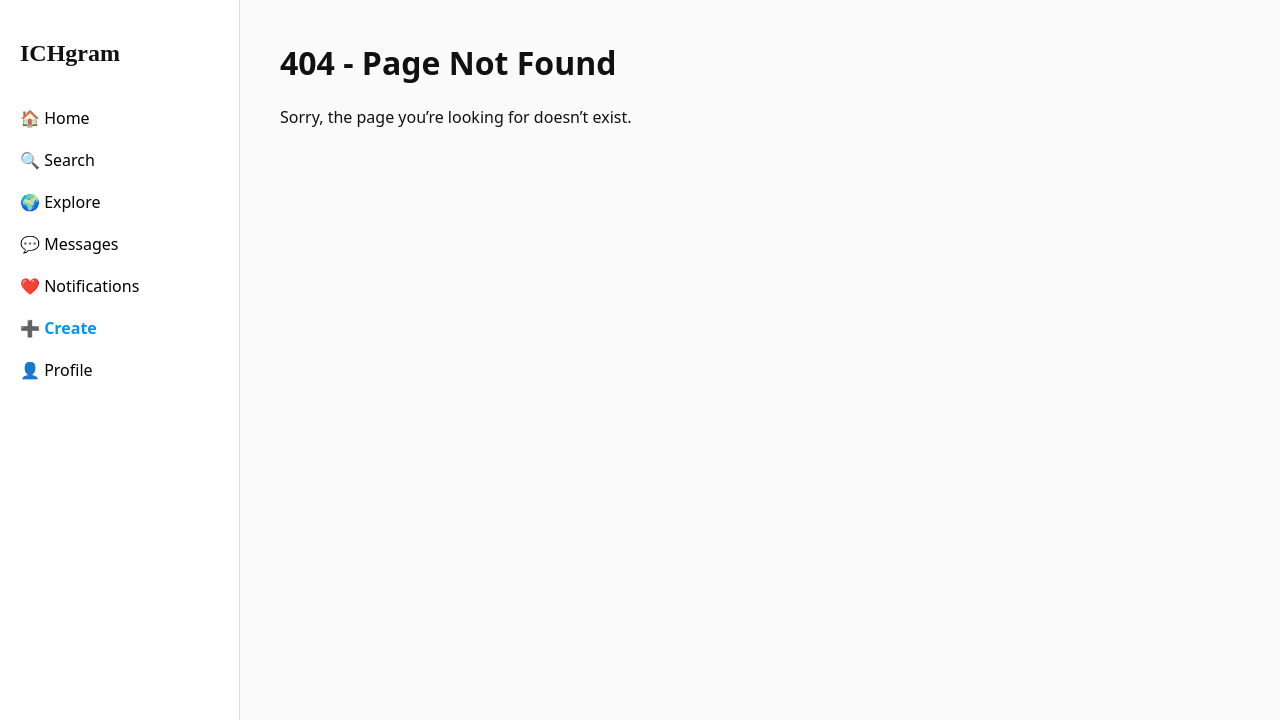
Repository: JuliiaJuliia/project-ichgram
Page: /create
These files come from the project's save history. The page is drawn as it stood at one moment and after the next save; the edit follows.
The browser window is 1280 px wide. The pictures show the whole page.
The project was rebuilt for these pictures with package versions that can differ from the ones it lists, and the page was loaded fresh each time. Also part of the build but not shown: src/components/ProtectedRoute.js, src/components/Stories.js, src/components/PostForm.js, src/components/PostCard.css, src/components/PostCard.js, src/components/Feed.js, src/components/Chat.js, src/pages/Auth.css and 5 more.

Above is the page before, as saved 2026-02-19 19:00:48.

After the next save:
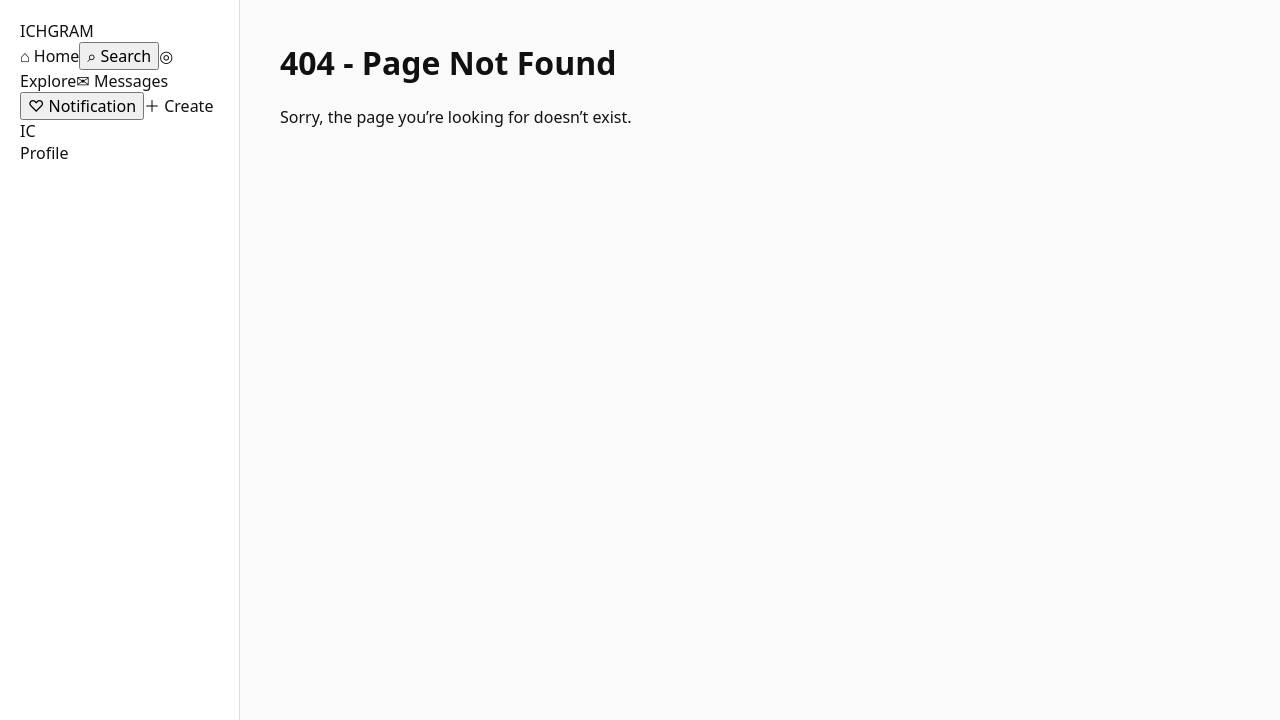
Saved 20 s later.
--- a/src/components/Sidebar.js
+++ b/src/components/Sidebar.js
@@ -1,83 +1,46 @@
 import React from "react";
-import { Link, useLocation } from "react-router-dom";
-import "./Sidebar.css"; // якщо у тебе є стилі для Sidebar
+import { NavLink, useNavigate } from "react-router-dom";
+import "./Sidebar.css";
 
-function Sidebar() {
-  const location = useLocation(); // дізнаємось, яка зараз сторінка
+export default function Sidebar({ onOpenPanel }) {
+  const navigate = useNavigate();
 
   return (
-    <div className="sidebar">
-      <h2 className="logo">ICHgram</h2>
+    <aside className="sidebar">
+      <div className="sidebarLogo" onClick={() => navigate("/")}>
+        ICHGRAM
+      </div>
 
-      <nav className="sidebar-nav">
-        <Link
-          to="/"
-          className={location.pathname === "/" ? "active" : ""}
-        >
-          🏠 Home
-        </Link>
+      <nav className="sidebarNav">
+        <NavLink to="/" className="navItem">
+          <span className="icon">⌂</span> Home
+        </NavLink>
 
-        <Link
-          to="/search"
-          className={location.pathname === "/search" ? "active" : ""}
-        >
-          🔍 Search
-        </Link>
+        <button className="navItem btnNav" onClick={() => onOpenPanel("search")}>
+          <span className="icon">⌕</span> Search
+        </button>
 
-        <Link
-          to="/explore"
-          className={location.pathname === "/explore" ? "active" : ""}
-        >
-          🌍 Explore
-        </Link>
+        <NavLink to="/explore" className="navItem">
+          <span className="icon">◎</span> Explore
+        </NavLink>
 
-        <Link
-          to="/messages"
-          className={location.pathname === "/messages" ? "active" : ""}
-        >
-          💬 Messages
-        </Link>
+        <NavLink to="/messages" className="navItem">
+          <span className="icon">✉</span> Messages
+        </NavLink>
 
-        <Link
-          to="/notifications"
-          className={location.pathname === "/notifications" ? "active" : ""}
-        >
-          ❤️ Notifications
-        </Link>
+        <button className="navItem btnNav" onClick={() => onOpenPanel("notifications")}>
+          <span className="icon">♡</span> Notification
+        </button>
 
-        <Link
-          to="/create"
-          className={location.pathname === "/create" ? "active" : ""}
-        >
-          ➕ Create
-        </Link>
+        <NavLink to="/create" className="navItem">
+          <span className="icon">＋</span> Create
+        </NavLink>
+      </nav>
 
-        <Link
-          to="/profile"
-          className={location.pathname === "/profile" ? "active" : ""}
-        >
-          👤 Profile
-        </Link>
-      </nav>
-    </div>
+      <NavLink to="/profile" className="sidebarProfile">
+        <div className="avatarSmall">IC</div>
+        <span>Profile</span>
+      </NavLink>
+    </aside>
   );
 }
-
-<button
-  style={{
-    background: "none",
-    border: "none",
-    color: "gray",
-    marginTop: "20px",
-    cursor: "pointer",
-  }}
-  onClick={() => {
-    localStorage.removeItem("token");
-    localStorage.removeItem("user");
-    window.location.href = "/login";
-  }}
->
-  🚪 Выйти
-</button>
-
-export default Sidebar;
